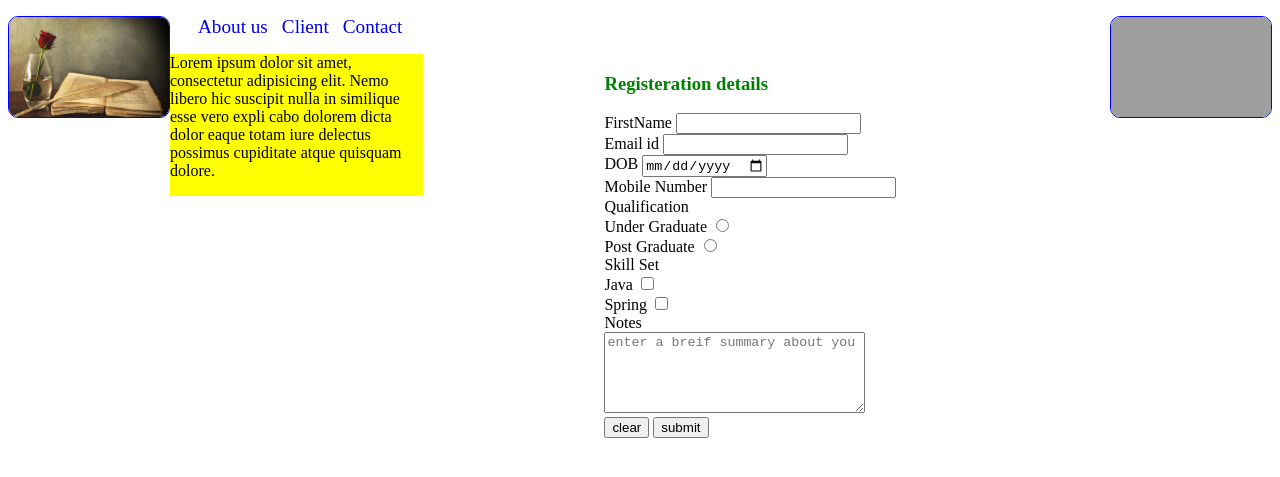
Repository: Balamurugan1914/crud_operation_without_db
Page: html_example/src/main/webapp/Registeration.html
These files come from the project's save history. The page is drawn as it stood at one moment and after the next save; the edit follows.
The browser window is 1280 px wide. The pictures show the whole page.
Pictures or frames that could not be fetched are drawn as grey boxes.

Above is the page before, as saved 2022-06-23 06:55:52.

After the next save:
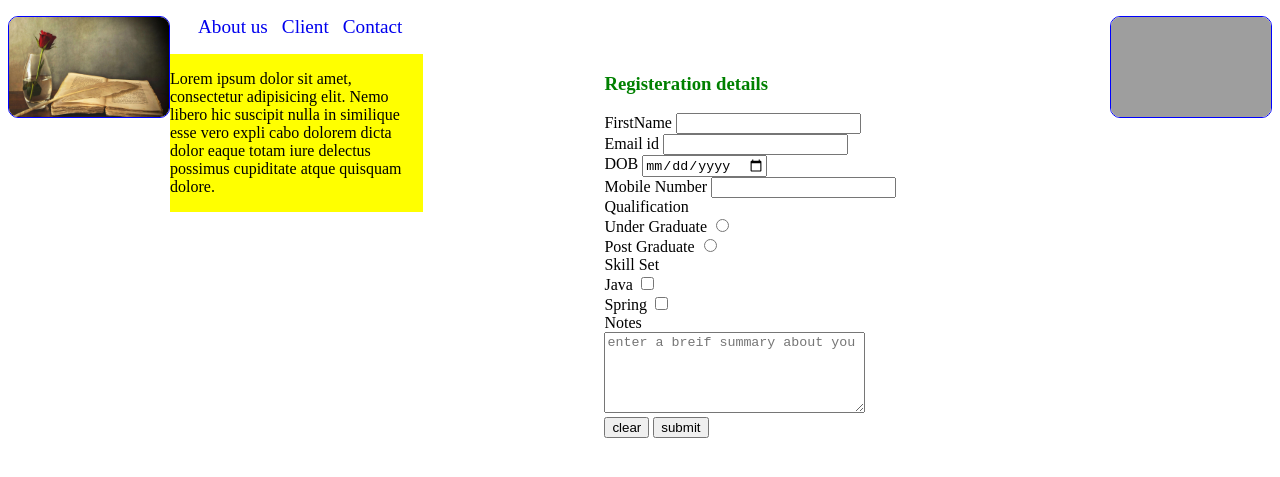
Saved 2 h 3 min later.
--- a/html_example/src/main/webapp/Registeration.html
+++ b/html_example/src/main/webapp/Registeration.html
@@ -50,7 +50,7 @@ border-radius: 10px
 	<section style="width: 100%;height: 60%">
 
 			<article style="width: 20%;background-color: yellow" class="left">
-			<p">Lorem ipsum dolor sit amet, consectetur adipisicing elit. Nemo libero hic suscipit nulla in similique esse vero expli
+			<p>Lorem ipsum dolor sit amet, consectetur adipisicing elit. Nemo libero hic suscipit nulla in similique esse vero expli
 cabo dolorem dicta dolor eaque totam iure delectus possimus cupiditate atque quisquam dolore.</p>
 
 			</article>
